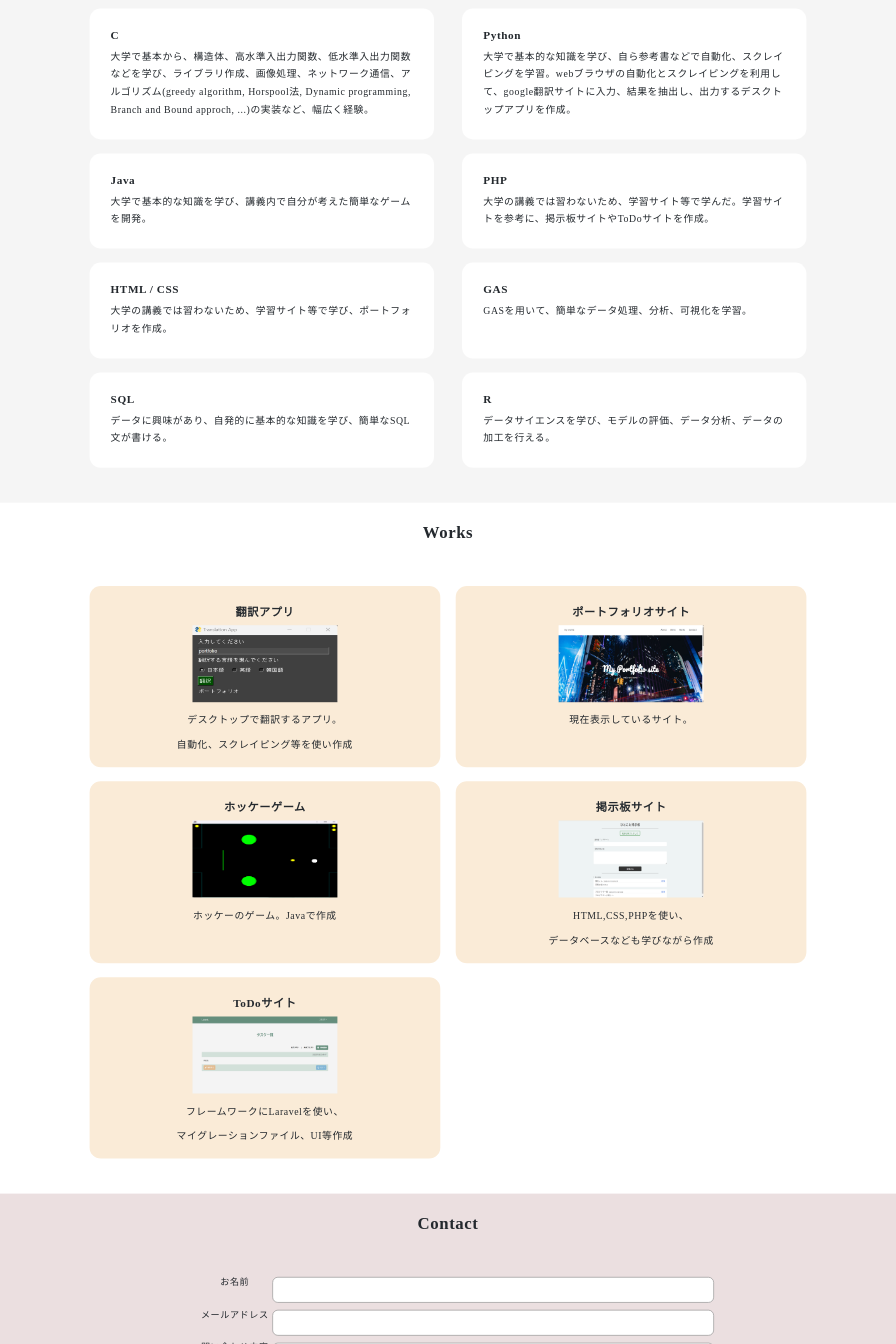
Repository: F-ksk/portfolio
Page: index.html
These files come from the project's save history. The page is drawn as it stood at one moment and after the next save; the edit follows.
The browser window is 1280 px wide. The pictures show the part of the page from y = 1083 to 3003 px (the page is 3338 px tall before and 3495 px after), at 70% of full size.

Above is the page before, as saved 2023-08-15 00:11:58.

### index.html
<!DOCTYPE html>
<html>
    <head>
        <meta charset="UTF-8" />
        <meta http-equiv="X-UA-Compatible" content="IE=edge" />
        <meta name="viewport" content="width=device-width, initial-scale=1.0" />
        <meta name="robots" content="noindex" />
        <title>FK Portfolio</title>
        <link rel="stylesheet" href="css/reset.css" />
        <link rel="stylesheet" href="css/style.css" />
    </head>
    <body>

        <header>
            <a href="index.html">FK works</a>
            <nav>
                <ul>
                    <li><a href="#about">About</a></li>
                    <li><a href="#skills">Skills</a></li>
                    <li><a href="#works">Works</a></li>
                    <li><a href="#contact">Contact</a></li>
                </ul>
            </nav>
        </header>

        <div class="main-visual">
            <div>
                <h1>My Portfolio site</h1>
                <p>web enjineer</p>
            </div>
        </div>

        <section id="about">
            <h2>About</h2>
            <div id="about-name">
                <h3>二俣 圭介</h3>
                <p>futamata keisuke</p>
            </div>
            <div id="about-detail">
                <p>
                    国立大学法人福井大学・工学部・電気電子情報工学科・情報工学コース在学中。<br>
                    大学でプログラミングを学び、プログラミングスキルを向上させるため、日々、勉強しています。
                    C,Python,Java,HTML,CSS,PHP,Javascript,SQL,Rの知識とプログラミング経験があります。<br>
                    趣味はツーリング。
                </p>
                <img src="./img/man.jpg">
            </div>
        </section>
        <section id="skills">
            <h2>Skills</h2>
            <div class="skill-list">
                <div class="skill-item">
                    <h3>C</h3>
                    <p>大学で基本から、構造体、高水準入出力関数、低水準入出力関数などを学び、ライブラリ作成、画像処理、ネットワーク通信、アルゴリズム(greedy algorithm, Horspool法, Dynamic programming, Branch and Bound approch, ...)の実装など、幅広く経験。</p>
                </div>
                <div class="skill-item">
                    <h3>Python</h3>
                    <p>大学で基本的な知識を学び、自ら参考書などで自動化、スクレイピングを学習。webブラウザの自動化とスクレイピングを利用して、google翻訳サイトに入力、結果を抽出し、出力するデスクトップアプリを作成。</p>
                </div>
                <div class="skill-item">
                    <h3>Java</h3>
                    <p>大学で基本的な知識を学び、講義内で自分が考えた簡単なゲームを開発。</p>
                </div>
                <div class="skill-item">
                    <h3>PHP</h3>
                    <p>大学の講義では習わないため、学習サイト等で学んだ。学習サイトを参考に、掲示板サイトやToDoサイトを作成。</p>
                </div>
                <div class="skill-item">
                    <h3>HTML / CSS</h3>
                    <p>大学の講義では習わないため、学習サイト等で学び、ポートフォリオを作成。</p>
                </div>
                <div class="skill-item">
                    <h3>GAS</h3>
                    <p>GASを用いて、簡単なデータ処理、分析、可視化を学習。</p>
                </div>
                <div class="skill-item">
                    <h3>SQL</h3>
                    <p>データに興味があり、自発的に基本的な知識を学び、簡単なSQL文が書ける。</p>
                </div>
                <div class="skill-item">
                    <h3>R</h3>
                    <p>データサイエンスを学び、モデルの評価、データ分析、データの加工を行える。</p>
                </div>
            </div>
        </section>
        <section id="works">
            <h2>Works</h2>
            <div class="work-item">
                <div class="work-description">
                    <h3>翻訳アプリ</h3>
                    <img src="./img/portfolio.jpg">
                    <p>デスクトップで翻訳するアプリ。</p>
                    <p>自動化、スクレイピング等を使い作成</p>
                </div>

                <div class="work-description">
                    <h3>ポートフォリオサイト</h3>
                    <img src="./img/portfolio(2).png">
                    <p>現在表示しているサイト。</p>
                </div>

                <div class="work-description">
                    <h3>ホッケーゲーム</h3>
                    <img src="./img/hokey.png">
                    <p>ホッケーのゲーム。Javaで作成</p>
                </div>

                <div class="work-description">
                    <h3>掲示板サイト</h3>
                    <img src="./img/掲示板.png">
                    <p>HTML,CSS,PHPを使い、</p>
                    <p>データベースなども学びながら作成</p>
                </div>

                <div class="work-description">
                    <h3>ToDoサイト</h3>
                    <img src="./img/todo.png">
                    <p>フレームワークにLaravelを使い、</p>
                    <p>マイグレーションファイル、UI等作成</p>
                </div>

            </div>
        </section>
        <section id="contact">
            <h2>Contact</h2>
            <div class="contact-form">
                <!--<iframe src="https://docs.google.com/forms/d/e/1FAIpQLSfhIRxsClYk-LjjOeqSs9rPikyz6iXAlGFSL5PuYS38eefG3A/viewform?embedded=true" width="640" height="682" frameborder="0" marginheight="0" marginwidth="0">読み込んでいます…</iframe> -->

                <form action="https://docs.google.com/forms/u/0/d/e/1FAIpQLSfhIRxsClYk-LjjOeqSs9rPikyz6iXAlGFSL5PuYS38eefG3A/formResponse" target="_self" method="POST" id="mG61Hd">
                    <dl>
                        <dt>お名前</dt>
                        <dd><input name="entry.{1209985459}" type="text" required="required" id="textfield" class="g_form"></dd>
                        <dt>メールアドレス</dt>
                        <dd><input name="entry.{1499214278}" type="text" class="g_form" id="textfield2"></dd>
                        <dt>問い合わせ内容</dt>
                        <dd><textarea name="entry.{1422841443}" required class="g_form_text" id="entry.{1422841443}"></textarea></dd>
                      </dl>
                      <div class="button"><input type="submit" class="btbt"></div>
                </form>

            </div>
        </section>
        <footer>
            <p>&copy; futamata keisuke</p>
        </footer>
    </body>
</html>

### css/style.css
@charset "UTF-8";
@import url('https://fonts.googleapis.com/css2?family=Roboto:wght@100;300;400;500;700;900&display=swap');
@import url('https://fonts.googleapis.com/css2?family=Noto+Sans+JP:wght@300;400;500;700;900&display=swap');
@import url('https://fonts.googleapis.com/css2?family=Pacifico&display=swap');

html {
  font-size: 100%;
}

body {
    color: #24292e;
    letter-spacing: 0.05em;
}

a,a:visited {
    color: #24292e;
    text-decoration: none;
}

img {
    max-width: 100%;
}

li {
    list-style: none;
}

p {
    line-height: 1.8;
    font-size: 14px;
}

h1 {
    font-size: 60px;
    font-family: 'Pacifico';
}

h2 {
    font-size: 1.5rem;
    text-align: center;
    margin-bottom: 65px;
}

h3 {
    font-size: 16px;
}

header {
    max-width: 100%;
    background-color: #fff;
    display: flex;
    justify-content: space-between;
    height: 80px;
    padding: 0 4%;
    align-items: center;
    position: sticky;
    top: 0;
}

header ul {
    display: flex;
}

header li {
    margin-left: 30px;
}

.main-visual {
    width: 100%;
    height: 550px;
    background-image: url(../img/town.jpg);
    background-size: cover;
    color: #FFF;
    text-align: center;
    display: flex;
    justify-content: center;
    align-items: center;
}

.main-visual p {
    margin-top: 20px;
    font-size: 18px;
}

#about-name{
    display: flex;
    justify-content: flex-start;
    align-items: center;
}

#about h2 {
    margin-top: 40px;
}

#about h3 {
    margin-right: 10px;
}

#about p {
    width: 80%;
}

#about-detail {
    margin-top: 30px;
    display: flex;
    justify-content: space-between;
}

#about img {
    width: 100px;
    height: 100px;
    border-radius: 50%;
    object-fit: cover;
    border-style: solid;
    border-width: 1px;
}

section {
    padding: 30px 10%;
}

#skills {
    background-color: #f5f5f5;
}

#skills h3 {
    margin-bottom: 10px;
}

.skill-list {
    display: flex;
    justify-content: space-between;
    flex-wrap: wrap;
}

.skill-item {
    width: 48%;
    background-color: #fff;
    border-radius: 16px;
    margin-bottom: 20px;
    padding: 30px;
    box-sizing: border-box;
}

.work-item {
    display: flex;
    justify-content: space-between;
    flex-wrap: wrap;
}

#works img {
    width: 45%;
    height: 110px;
}

.work-description {
    padding: 20px;
    background-color:antiquewhite;
    border-radius: 16px;
    margin-bottom: 20px;
    width: 45%;
    text-align: center;
}

.work-description p {
    margin-top: 10px;
}

.work-description h3 {
    margin-top: 10px;
    margin-bottom: 10px;
}

#contact {
    background-color: #EBDFE0;
    text-align: center;
}

#contact form {
    width: 70%;
    margin: 0 auto;
}

#contact dl {
    display: flex;
    flex-wrap: wrap;
    margin-bottom: 20px;
}

#contact dt {
    width: 15%;
    font-size: 13px;
}

#contact dd {
    width: 85%;
    margin-bottom: 10px;
}

#contact dd input,
#contact dd textarea {
    width: 100%;
    border: solid 1px #999999;
    padding: 10px;
    background-color: #fff;
    border-radius: 8px;
}

#contact dd textarea {
    height: 10rem;
}

#contact .button {
    text-align: center;
}

#contact .button input {
    width: 200px;
    background-color: #24292e;
    color: #fff;
    padding: 15px 0;
    border: solid 1px #24292e;
}

#contact .button input:hover {
    background: #fff;
    color: #24292e;
}

footer {
    background-color: #24292e;
    color: #fff;
    font-size:  0.5rem;
    padding: 10px 20px;
    text-align: center;
}

@media screen and (max-width: 414px) {
	h2 {
        margin-bottom: 30px;
    }

    header {
        max-width: 100%;
        flex-direction: column;
        height: auto;
        padding: auto;
    }

    #about {
        text-align:  center;
    }

    #about h3 {
        margin: 0;
    }

    #about-name {
        flex-direction: column;
        align-items: center;
    }

    #about-detail {
        flex-direction: flex;
        flex-direction: column-reverse;
        align-items: center;
    }

    #about-detail p {
        text-align: left;
        margin-top: 30px;
        width: 100%;
    }

    .skill-item {
        width: 100%;
    }

    .work-item {

        width: 90%;
        flex-direction: column;
    }

    #works img {
        width: 100%;
        height: 120px;
        margin-bottom: 10px;
    }

    .work-description {
        margin-bottom: 30px;
        width: 100%;
    }

    #contact form {
        text-align: center;
    }

    #contact input {
        width: 100%;
    }

    #contact dl{
        flex-direction: column;
        width: 100%;
    }

    #contact dt{
        width: auto;
        margin-bottom: 5px;
    }

    #contact dd{
        width: 90%;
    }
}

Loaded but not shown: css/reset.css (common file)

After the next save:
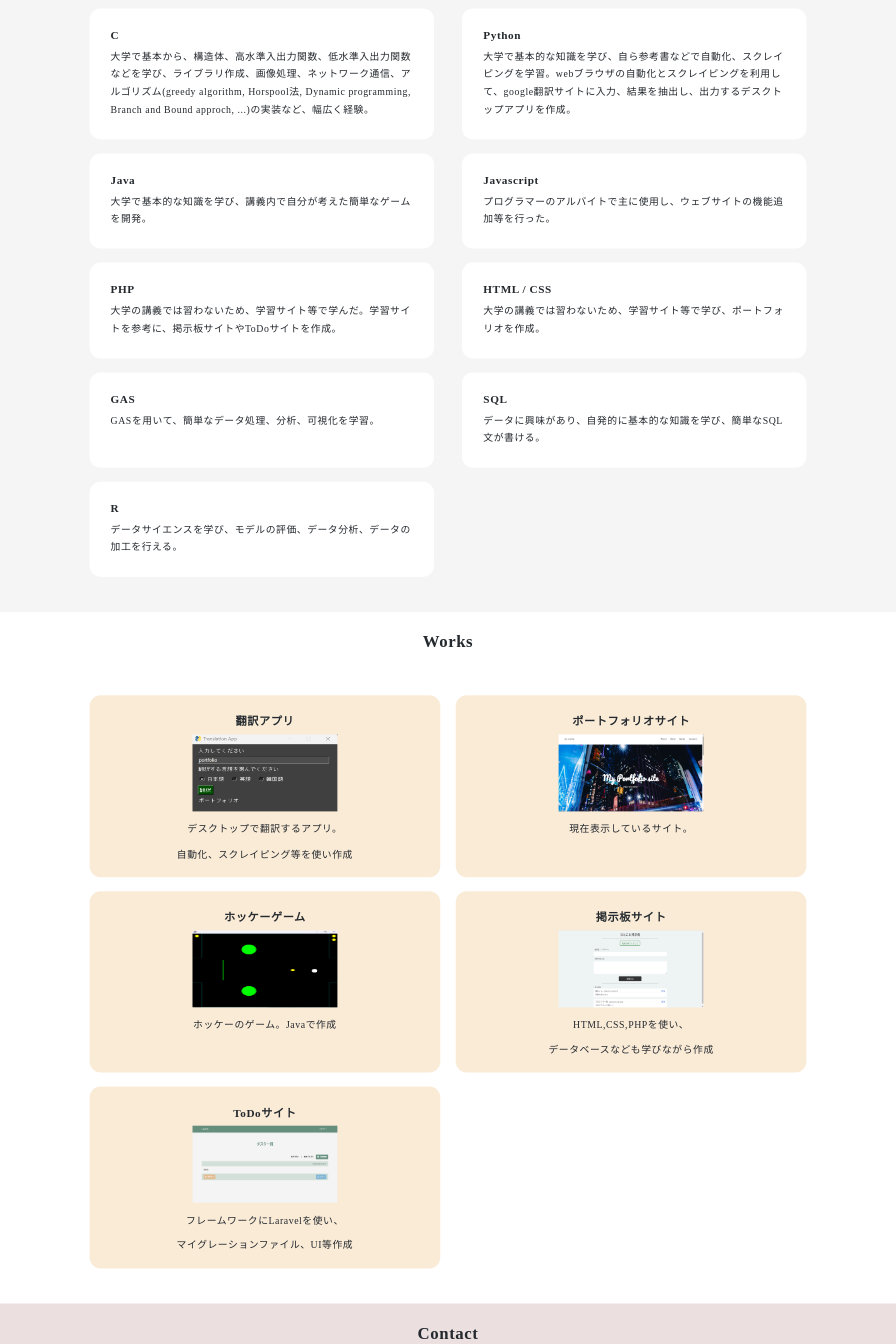
Saved 89 days later.
--- a/index.html
+++ b/index.html
@@ -60,6 +60,10 @@
                 <div class="skill-item">
                     <h3>Java</h3>
                     <p>大学で基本的な知識を学び、講義内で自分が考えた簡単なゲームを開発。</p>
+                </div>
+                <div class="skill-item">
+                    <h3>Javascript</h3>
+                    <p>プログラマーのアルバイトで主に使用し、ウェブサイトの機能追加等を行った。</p>
                 </div>
                 <div class="skill-item">
                     <h3>PHP</h3>
